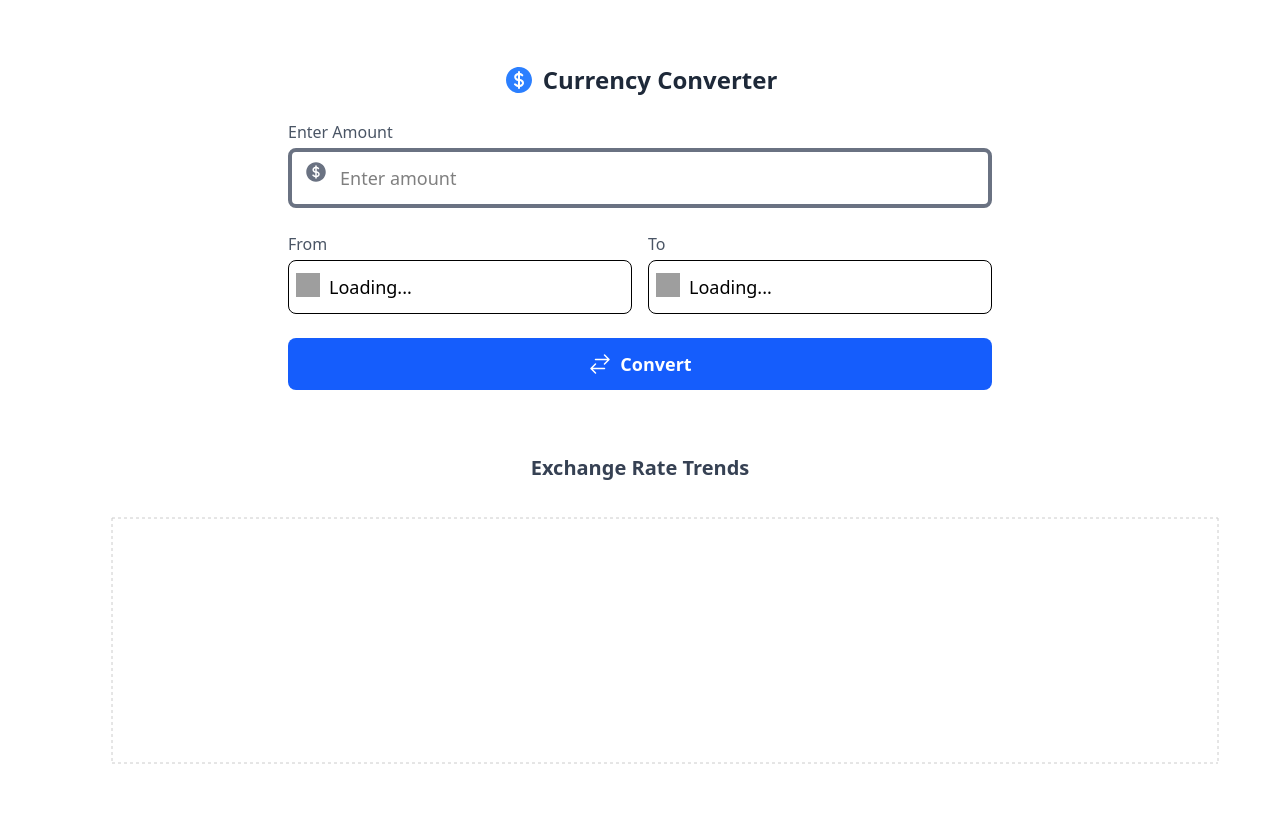
Repository: adrcstro/withcenter_developer_exam
Page: /
An editor plug-in stored every save of this project. The page is shown before and after the next save, followed by the edit.
The browser window is 1280 px wide. The pictures show the whole page.
Pictures or frames that could not be fetched are drawn as grey boxes. The page's requests for data from a server got no answer. The project was rebuilt for these pictures with package versions that can differ from the ones it lists, and the page was loaded fresh each time. No one was signed in, and anything a server would have sent is missing. Also part of the build but not shown: vite.config.ts.

Above is the page before, as saved 2025-03-18 14:20:22.

### index.html
<!doctype html>
<html lang="en">
  <head>
    <meta charset="UTF-8" />
    <link rel="icon" type="image/svg+xml" href="/vite.svg" />
    <meta name="viewport" content="width=device-width, initial-scale=1.0" />
    <title>Vite + React + TS</title>
    <!-- public/index.html -->
  <link href="https://fonts.googleapis.com/css2?family=Montserrat:wght@300;400;500;700&display=swap" rel="stylesheet">


  </head>
  <body>
    <div id="root"></div>
    <script type="module" src="/src/main.tsx"></script>
  </body>
</html>

### src/main.tsx

import { createRoot } from 'react-dom/client'
import './index.css'
import App from './App.tsx'

createRoot(document.getElementById('root')!).render(

    <App />

)

### src/App.tsx
import { Provider } from "react-redux";
import { QueryClient, QueryClientProvider } from "@tanstack/react-query";
import { store } from "./Store/store";
import { useAppDispatch, useAppSelector } from "./Store/hooks";
import { setAmount, setFromCurrency, setToCurrency, setConvertedAmount } from "./Store/exchangeRateSlice";
import { useExchangeRates, useSupportedCurrencies } from "./Store/useExchangeRates";
import { ArrowsRightLeftIcon, CurrencyDollarIcon } from "@heroicons/react/24/solid";
import { AreaChart, Area, XAxis, YAxis, CartesianGrid, Tooltip, ResponsiveContainer } from "recharts";

const queryClient = new QueryClient();

// Define an interface for currencies
interface Currency {
  code: string;
  name: string;
}

const currencyToCountryCode: Record<string, string> = {
  USD: "us", EUR: "eu", GBP: "gb", JPY: "jp", AUD: "au", CAD: "ca", CHF: "ch", CNY: "cn",
  INR: "in", BRL: "br", ZAR: "za", MXN: "mx", AED: "ae", AFN: "af", ALL: "al", AMD: "am",
  ANG: "an", AOA: "ao", ARS: "ar", AWG: "aw", AZN: "az", BBD: "bb", BDT: "bd", BGN: "bg",
  BHD: "bh", BIF: "bi", BMD: "bm", BND: "bn", BOB: "bo", BSD: "bs", BTN: "bt", BWP: "bw",
  BYN: "by", BZD: "bz", CLP: "cl", COP: "co", CRC: "cr", CUP: "cu", CVE: "cv", CZK: "cz",
  DJF: "dj", DKK: "dk", DOP: "do", DZD: "dz", EGP: "eg", ERN: "er", ETB: "et", FJD: "fj",
  FKP: "fk", FOK: "fo", GEL: "ge", GGP: "gg", GHS: "gh", GIP: "gi", GMD: "gm", GNF: "gn",
  GTQ: "gt", GYD: "gy", HKD: "hk", HNL: "hn", HRK: "hr", HTG: "ht", HUF: "hu", IDR: "id",
  ILS: "il", ISK: "is", JMD: "jm", JOD: "jo", KES: "ke", KGS: "kg", KHR: "kh", KMF: "km",
  KRW: "kr", KWD: "kw", KYD: "ky", KZT: "kz", LAK: "la", LBP: "lb", LKR: "lk", LRD: "lr",
  LSL: "ls", LYD: "ly", MAD: "ma", MDL: "md", MGA: "mg", MKD: "mk", MMK: "mm", MNT: "mn",
  MOP: "mo", MRU: "mr", MUR: "mu", MVR: "mv", MWK: "mw", MYR: "my", MZN: "mz", NAD: "na",
  NGN: "ng", NIO: "ni", NOK: "no", NPR: "np", NZD: "nz", OMR: "om", PAB: "pa", PEN: "pe",
  PGK: "pg", PHP: "ph", PKR: "pk", PLN: "pl", PYG: "py", QAR: "qa", RON: "ro", RSD: "rs",
  RUB: "ru", RWF: "rw", SAR: "sa", SBD: "sb", SCR: "sc", SDG: "sd", SEK: "se", SGD: "sg",
  SHP: "sh", SLL: "sl", SOS: "so", SRD: "sr", SSP: "ss", STN: "st", SYP: "sy", SZL: "sz",
  THB: "th", TJS: "tj", TMT: "tm", TND: "tn", TOP: "to", TRY: "tr", TTD: "tt", TZS: "tz",
  UAH: "ua", UGX: "ug", UYU: "uy", UZS: "uz", VES: "ve", VND: "vn", VUV: "vu", WST: "ws",
  XAF: "cm", XCD: "ag", XOF: "bj", XPF: "pf", YER: "ye", ZMW: "zm", ZWL: "zw",
};


const getFlagUrl = (currencyCode: string) => {
  const countryCode = currencyToCountryCode[currencyCode] || currencyCode.toLowerCase();
  return `https://flagcdn.com/w40/${countryCode}.png`;
};

function CurrencyConverter() {
  const dispatch = useAppDispatch();
  const { fromCurrency, toCurrency, amount, convertedAmount } = useAppSelector((state) => state.exchangeRates);

  const { data: exchangeRates } = useExchangeRates(fromCurrency);
  const { data: currencies, isLoading } = useSupportedCurrencies();

  const handleConvert = () => {
    if (!exchangeRates) return;
    const rate = exchangeRates[toCurrency] || 1;
    dispatch(setConvertedAmount((parseFloat(amount) * rate).toFixed(2)));
  };

  const chartData = exchangeRates
    ? Object.entries(exchangeRates).map(([currency, rate]) => ({ currency, rate }))
    : [];

  return (
    <div className="flex flex-col items-center justify-center min-h-screen  bg-white p-8">
      <div className="flex flex-col items-center justify-center w-full max-w-[2000px] px-8">
        <div className="bg-white rounded-xl p-8 w-full max-w-3xl">
          <h2 className="text-2xl font-bold text-gray-800 text-center mb-6 flex items-center justify-center gap-2">
            <CurrencyDollarIcon className="w-8 h-8 text-blue-500" />
            Currency Converter
          </h2>

          <div className="mb-6">
            <label className="block text-gray-600 text-base font-medium">Enter Amount</label>
            <div className="relative">
              <input
                type="number"
                value={amount}
                onChange={(e) => dispatch(setAmount(e.target.value))}
                className="w-full mt-1 pl-12 pr-4 py-3 border-4 border-gray-500 rounded-lg text-lg focus:outline-none focus:ring-2 focus:ring-blue-400"
                placeholder="Enter amount"
              />
              <CurrencyDollarIcon className="w-6 h-6 text-gray-500 absolute left-4 top-4" />
            </div>
          </div>

          <div className="flex gap-4 mb-6">
            {/* From Currency */}
            <div className="w-1/2">
  <label className="block text-gray-600 text-base font-medium">From</label>
  <div className="relative flex items-center">
    <img src={getFlagUrl(fromCurrency)} alt={fromCurrency} className="w-6 h-6 absolute left-2" />
    <select
      value={fromCurrency}
      onChange={(e) => dispatch(setFromCurrency(e.target.value))}
      className="w-full mt-1 pl-10 pr-4 py-3 border rounded-lg text-lg focus:outline-none focus:ring-2 focus:ring-blue-400 appearance-none bg-white"
    >
      {isLoading ? (
        <option>Loading...</option>
      ) : (
        currencies?.map(({ code, name }: Currency) => (
          <option key={code} value={code} style={{ backgroundImage: `url(${getFlagUrl(code)})`, backgroundSize: '20px', paddingLeft: '30px' }}>
            {code} - {name}
          </option>
        ))
      )}
    </select>
  </div>
</div>

<div className="w-1/2">
  <label className="block text-gray-600 text-base font-medium">To</label>
  <div className="relative flex items-center">
    <img src={getFlagUrl(toCurrency)} alt={toCurrency} className="w-6 h-6 absolute left-2" />
    <select
      value={toCurrency}
      onChange={(e) => dispatch(setToCurrency(e.target.value))}
      className="w-full mt-1 pl-10 pr-4 py-3 border rounded-lg text-lg focus:outline-none focus:ring-2 focus:ring-blue-400 appearance-none bg-white"
    >
      {isLoading ? (
        <option>Loading...</option>
      ) : (
        currencies?.map(({ code, name }: Currency) => (
          <option key={code} value={code} style={{ backgroundImage: `url(${getFlagUrl(code)})`, backgroundSize: '20px', paddingLeft: '30px' }}>
            {code} - {name}
          </option>
        ))
      )}
    </select>
  </div>
</div>

          </div>

          <button
            onClick={handleConvert}
            className="w-full bg-blue-600 hover:bg-blue-700 text-white text-lg font-semibold py-3 rounded-lg flex items-center justify-center gap-2 transition duration-300"
          >
            <ArrowsRightLeftIcon className="w-6 h-6" />
            Convert
          </button>

          {convertedAmount && (
            <div className="mt-6 text-center">
              <p className="text-gray-800 text-xl">
                {amount} {fromCurrency} = <span className="font-bold text-green-600">{convertedAmount} {toCurrency}</span>
              </p>
            </div>
          )}
        </div>
      </div>

      {/* Chart Section */}
      <div className="w-full max-w-7xl mt-8">
        <h2 className="text-xl font-semibold text-gray-700 text-center mb-4">Exchange Rate Trends</h2>
        <ResponsiveContainer width="100%" height={300}>
          <AreaChart data={chartData} margin={{ top: 20, right: 30, left: 20, bottom: 5 }}>
            <CartesianGrid strokeDasharray="3 3" />
            <XAxis dataKey="currency" />
            <YAxis />
            <Tooltip />
            <Area type="monotone" dataKey="rate" stroke="#8884d8" fill="#8884d8" />
          </AreaChart>
        </ResponsiveContainer>
      </div>
    </div>
  );
}

export default function App() {
  return (
    <Provider store={store}>
      <QueryClientProvider client={queryClient}>
        <CurrencyConverter />
      </QueryClientProvider>
    </Provider>
  );
}

### src/Store/store.ts
// src/store/store.ts
import { configureStore } from "@reduxjs/toolkit";
import exchangeRateReducer from "./exchangeRateSlice";

export const store = configureStore({
  reducer: {
    exchangeRates: exchangeRateReducer,
  },
});

export type RootState = ReturnType<typeof store.getState>;
export type AppDispatch = typeof store.dispatch;

### src/Store/hooks.ts
// src/store/hooks.ts
import { TypedUseSelectorHook, useDispatch, useSelector } from "react-redux";
import type { RootState, AppDispatch } from "./store";

export const useAppDispatch: () => AppDispatch = useDispatch;
export const useAppSelector: TypedUseSelectorHook<RootState> = useSelector;

### src/Store/exchangeRateSlice.ts
// src/store/exchangeRateSlice.ts
import { createSlice, PayloadAction } from "@reduxjs/toolkit";

interface ExchangeRateState {
  fromCurrency: string;
  toCurrency: string;
  amount: string;
  convertedAmount: string;
}

const initialState: ExchangeRateState = {
  fromCurrency: "USD",
  toCurrency: "EUR",
  amount: "",
  convertedAmount: "",
};

const exchangeRateSlice = createSlice({
  name: "exchangeRate",
  initialState,
  reducers: {
    setFromCurrency: (state, action: PayloadAction<string>) => {
      state.fromCurrency = action.payload;
    },
    setToCurrency: (state, action: PayloadAction<string>) => {
      state.toCurrency = action.payload;
    },
    setAmount: (state, action: PayloadAction<string>) => {
      state.amount = action.payload;
    },
    setConvertedAmount: (state, action: PayloadAction<string>) => {
      state.convertedAmount = action.payload;
    },
  },
});

export const { setFromCurrency, setToCurrency, setAmount, setConvertedAmount } = exchangeRateSlice.actions;
export default exchangeRateSlice.reducer;

### src/Store/useExchangeRates.ts
import { useQuery } from "@tanstack/react-query";
import axios from "axios";

const API_KEY = import.meta.env.VITE_EXCHANGE_RATE_API_KEY;
const BASE_URL = "https://v6.exchangerate-api.com/v6";

// Fetch all supported currencies
const fetchCurrencies = async () => {
  const response = await axios.get(`${BASE_URL}/${API_KEY}/codes`);
  return response.data.supported_codes.map(([code, name]: [string, string]) => ({
    code,
    name,
  }));
};

// Fetch exchange rates based on `fromCurrency`
const fetchExchangeRates = async (fromCurrency: string) => {
  const response = await axios.get(`${BASE_URL}/${API_KEY}/latest/${fromCurrency}`);
  return response.data.conversion_rates;
};

// Custom hook to get the exchange rates
export const useExchangeRates = (fromCurrency: string) => {
  return useQuery({
    queryKey: ["exchangeRates", fromCurrency],
    queryFn: () => fetchExchangeRates(fromCurrency),
    staleTime: 1000 * 60 * 10, // 10 minutes cache
  });
};

// Custom hook to get supported currencies
export const useSupportedCurrencies = () => {
  return useQuery({
    queryKey: ["supportedCurrencies"],
    queryFn: fetchCurrencies,
    staleTime: Infinity, // Cache forever (currencies don't change often)
  });
};

Loaded but not shown: src/index.css (common file)

After the next save:
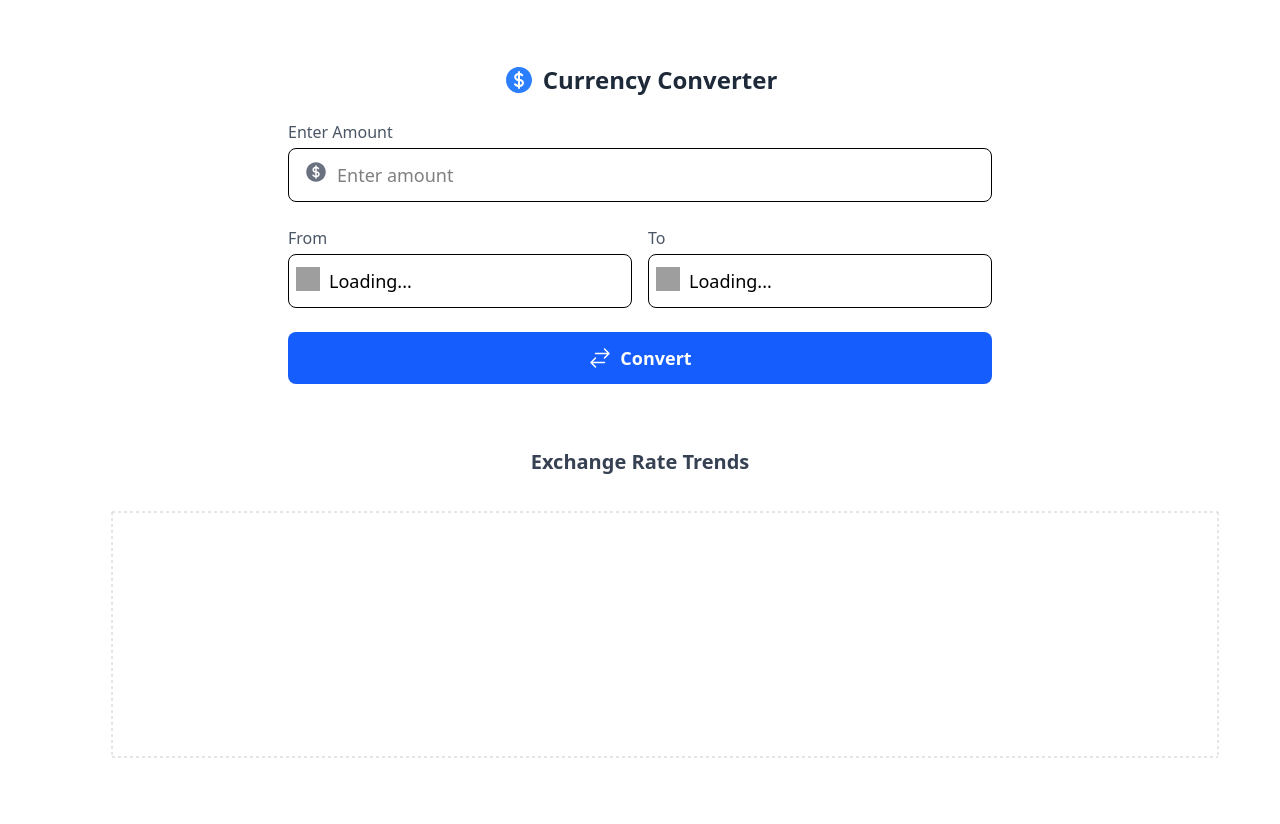
Saved 18 s later.
--- a/src/App.tsx
+++ b/src/App.tsx
@@ -76,7 +76,7 @@ function CurrencyConverter() {
                 type="number"
                 value={amount}
                 onChange={(e) => dispatch(setAmount(e.target.value))}
-                className="w-full mt-1 pl-12 pr-4 py-3 border-4 border-gray-500 rounded-lg text-lg focus:outline-none focus:ring-2 focus:ring-blue-400"
+                className="w-full mt-1 pl-12 pr-4 py-3 border rounded-lg text-lg focus:outline-none focus:ring-2 focus:ring-blue-400"
                 placeholder="Enter amount"
               />
               <CurrencyDollarIcon className="w-6 h-6 text-gray-500 absolute left-4 top-4" />
